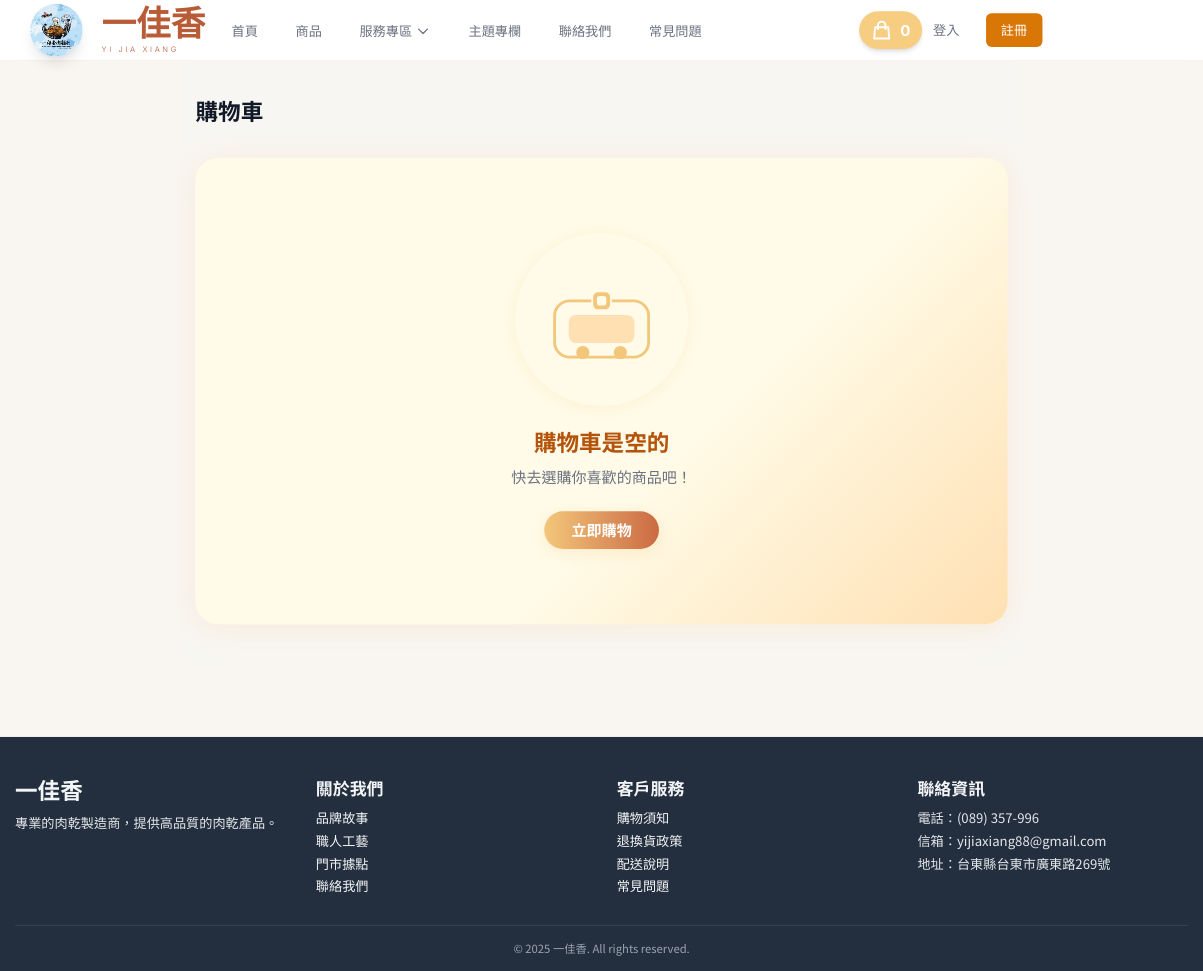
Repository: jack74387/YI-JIA-XIANG
Page: /cart (app in frontend/)
An editor plug-in stored every save of this project. The page is shown before and after the next save, followed by the edit.
The browser window is 1280 px wide. The pictures show the whole page, at 94% of full size.
The page's requests for data from a server got no answer. The project was rebuilt for these pictures with package versions that can differ from the ones it lists, and the page was loaded fresh each time. No one was signed in, and anything a server would have sent is missing. Also part of the build but not shown: frontend/vite.config.ts, frontend/src/components/ArticleBlock.vue, frontend/src/views/HomeView.vue, frontend/src/components/ProductImageGallery.vue, frontend/src/components/ProductInfo.vue, frontend/src/components/ProductTabs.vue, frontend/src/components/ProductAddToCartModal.vue, frontend/src/views/ProductDetailView.vue and 1 more.

Above is the page before, as saved 2025-08-14 08:14:10.

### frontend/index.html
<!DOCTYPE html>
<html lang="zh-TW">
  <head>
    <meta charset="UTF-8">
    <link rel="icon" href="/favicon.ico">
    <meta name="viewport" content="width=device-width, initial-scale=1.0">
    <title>一佳香肉脯行</title>
    <meta name="description" content="一佳香肉脯行是台東知名的肉品加工廠，提供高品質的肉品加工產品，傳承半甲子工藝技術。">
    <meta name="keywords" content="肉品,加工,一佳香,台灣肉品,肉品加工">

    <!-- Open Graph / Facebook -->
    <meta property="og:type" content="website">
    <meta property="og:url" content="https://yijiaxiang.com/">
    <meta property="og:title" content="一佳香肉脯行 - 專業肉品加工廠">
    <meta property="og:description" content="傳承半甲子工藝，提供高品質肉品加工產品">
    <meta property="og:image" content="/images/logo.jpg">

    <!-- Twitter -->
    <meta property="twitter:card" content="summary_large_image">
    <meta property="twitter:url" content="https://yijiaxiang.com/">
    <meta property="twitter:title" content="一佳香肉脯行 - 專業肉品加工廠">
    <meta property="twitter:description" content="傳承半甲子工藝，提供高品質肉品加工產品">
    <meta property="twitter:image" content="/images/logo.jpg">

    <!-- 預載入字體 -->
    <link rel="preconnect" href="https://fonts.googleapis.com">
    <link rel="preconnect" href="https://fonts.gstatic.com" crossorigin>
    <link href="https://fonts.googleapis.com/css2?family=Inter:wght@300;400;500;600;700&family=Noto+Sans+TC:wght@300;400;500;700&display=swap" rel="stylesheet">
  </head>
  <body>
    <div id="app"></div>
    <script type="module" src="/src/main.ts"></script>
  </body>
</html>

### frontend/src/main.ts
import { createApp } from 'vue'
import { createPinia } from 'pinia'
import App from './App.vue'
import router from './router'
import { useAuthStore } from './stores/auth'
import axios from 'axios'
import './style.css'

// 設定 axios 預設配置
axios.defaults.baseURL = import.meta.env.VITE_API_BASE_URL || `${window.location.protocol}//${window.location.hostname}:8000`
axios.defaults.headers.common['Content-Type'] = 'application/json'
axios.defaults.headers.common['Accept'] = 'application/json'
axios.defaults.withCredentials = false // 不使用 cookies

// 添加請求攔截器
axios.interceptors.request.use(
  (config) => {
    // 從 localStorage 獲取 token
    const token = localStorage.getItem('auth_token')
    if (token) {
      config.headers.Authorization = `Bearer ${token}`
    }
    return config
  },
  (error) => {
    return Promise.reject(error)
  }
)

// 添加回應攔截器
axios.interceptors.response.use(
  (response) => {
    return response
  },
  (error) => {
    if (error.response?.status === 401) {
      // Token 無效，清除本地儲存並跳轉到登入頁面
      localStorage.removeItem('auth_token')
      localStorage.removeItem('auth_user')
      window.location.href = '/login'
    }
    return Promise.reject(error)
  }
)

const app = createApp(App)
const pinia = createPinia()

app.use(pinia)
app.use(router)

// 初始化認證狀態
const authStore = useAuthStore()
authStore.initAuth()

app.mount('#app')

### frontend/src/App.vue
<template>
  <div>
    <Navigation v-if="!isAdmin" />
    <Sidebar v-if="!isAdmin" class="lg:hidden" />
    <div class="main-content min-h-screen bg-[#f9f6f1] transition-all duration-300 pb-20">
      <router-view />
    </div>
    <Footer v-if="!isAdmin" />
  </div>
</template>

<script setup lang="ts">
import { onMounted, computed, watch } from 'vue'
import { useRoute } from 'vue-router'
import Navigation from '@/components/Navigation.vue'
import Sidebar from '@/components/Sidebar.vue'
import Footer from '@/components/Footer.vue'
import { useAuthStore } from '@/stores/auth'

const authStore = useAuthStore()
const route = useRoute()
const isAdmin = computed(() => route.path.startsWith('/admin'))

onMounted(() => {
  // 初始化認證狀態
  authStore.initAuth()
})

watch(
  () => route.fullPath,
  () => {
    window.scrollTo(0, 0)
    document.body.scrollTop = 0
    document.documentElement.scrollTop = 0
    const app = document.getElementById('app')
    if (app) app.scrollTop = 0
    const mainLayout = document.querySelector('.main-layout')
    if (mainLayout) (mainLayout as HTMLElement).scrollTop = 0
  }
)
</script>

<style scoped>
/* 保留原有的樣式，但移除導航相關樣式 */
</style>

### frontend/src/style.css
@import url('https://fonts.googleapis.com/css2?family=Inter:wght@300;400;500;600;700&family=Noto+Sans+TC:wght@300;400;500;700&display=swap');

@tailwind base;
@tailwind components;
@tailwind utilities;

@layer base {
  html {
    font-family: 'Inter', 'Noto Sans TC', sans-serif;
  }

  body {
    @apply bg-gray-50 text-gray-900;
  }
}

@layer components {
  .btn-primary {
    @apply bg-primary-600 hover:bg-primary-700 text-white font-medium py-2 px-4 rounded-lg transition-colors duration-200;
  }

  .btn-secondary {
    @apply bg-gray-200 hover:bg-gray-300 text-gray-800 font-medium py-2 px-4 rounded-lg transition-colors duration-200;
  }

  .card {
    @apply bg-white rounded-lg shadow-md p-6;
  }

  .input-field {
    @apply w-full px-3 py-2 border border-gray-300 rounded-lg focus:outline-none focus:ring-2 focus:ring-primary-500 focus:border-transparent;
  }
}

img {
  max-width: 100%;
  height: auto;
  display: block;
}

@media (max-width: 600px) {
  .btn-primary, .btn-secondary, .card, .input-field {
    font-size: 1rem;
    padding-left: 1em;
    padding-right: 1em;
  }
  .card {
    padding: 1em;
  }
}

### frontend/src/components/Navigation.vue
<template>
  <nav class="bg-white shadow-lg">
    <div class="max-w-7xl mx-auto px-4 sm:px-6 lg:px-8">
      <div class="flex justify-between h-16">
        <div class="flex items-center">
          <router-link to="/" class="flex items-center space-x-5">
            <img src="/images/logo.jpg" alt="品牌LOGO" class="h-14 w-14 rounded-full object-cover shadow-lg" />
            <div class="flex flex-col items-start justify-center leading-tight">
              <span
                class="text-[2.3rem] font-black"
                style="font-family: 'Noto Serif TC', 'Microsoft JhengHei', '微軟正黑體', serif; color: #b85c38; line-height: 1;"
              >一佳香</span>
              <span
                class="text-[0.5rem] font-light uppercase tracking-[0.35em] mt-1"
                style="color: #b85c38; letter-spacing: 0.35em; line-height: 1;"
              >YI JIA XIANG</span>
            </div>
          </router-link>
          <div class="hidden sm:ml-6 sm:flex sm:space-x-8">
            <router-link
              to="/"
              class="border-transparent text-gray-500 hover:border-gray-300 hover:text-gray-700 inline-flex items-center px-1 pt-1 border-b-2 text-sm font-medium"
              active-class="border-amber-500 text-gray-900"
            >
              首頁
            </router-link>
            <router-link
              to="/products"
              class="border-transparent text-gray-500 hover:border-gray-300 hover:text-gray-700 inline-flex items-center px-1 pt-1 border-b-2 text-sm font-medium"
              active-class="border-amber-500 text-gray-900"
            >
              商品
            </router-link>
            <!-- 服務專區下拉選單 -->
            <div class="relative" @mouseenter="isServiceMenuOpen = true" @mouseleave="isServiceMenuOpen = false">
              <button
                class="border-transparent text-gray-500 hover:border-gray-300 hover:text-gray-700 inline-flex items-center px-1 pt-1 border-b-2 text-sm font-medium focus:outline-none"
                type="button"
              >
                服務專區
                <svg class="ml-1 w-4 h-4" fill="none" stroke="currentColor" viewBox="0 0 24 24">
                  <path stroke-linecap="round" stroke-linejoin="round" stroke-width="2" d="M19 9l-7 7-7-7" />
                </svg>
              </button>
              <div
                v-show="isServiceMenuOpen"
                class="absolute left-0 top-full mt-0 rounded-xl shadow-lg bg-white ring-1 ring-black ring-opacity-5 z-50 block px-4 py-3 min-w-[220px]"
              >
                  <router-link to="/line-friend" class="service-link block w-full text-left">LINE好友專區</router-link>
                  <router-link to="/group-order" class="service-link block w-full text-left">團購/企業訂購</router-link>
                  <router-link to="/gift" class="service-link block w-full text-left">禮盒加值服務</router-link>
                  <router-link to="/food-trace" class="service-link block w-full text-left">食品履歷查詢</router-link>
                  <router-link to="/store-locator" class="service-link block w-full text-left">門市據點</router-link>
                  <div class="h-px bg-gray-200 my-2"></div>
              </div>
            </div>
            <!-- 主題專欄 -->
            <router-link
              to="/articles"
              class="border-transparent text-gray-500 hover:border-gray-300 hover:text-gray-700 inline-flex items-center px-1 pt-1 border-b-2 text-sm font-medium"
              active-class="border-amber-500 text-gray-900"
            >
              主題專欄
            </router-link>
            <!-- 其他主選單 -->
            <router-link
              to="/contact"
              class="border-transparent text-gray-500 hover:border-gray-300 hover:text-gray-700 inline-flex items-center px-1 pt-1 border-b-2 text-sm font-medium"
              active-class="border-amber-500 text-gray-900"
            >
              聯絡我們
            </router-link>
            <router-link
              to="/faq"
              class="border-transparent text-gray-500 hover:border-gray-300 hover:text-gray-700 inline-flex items-center px-1 pt-1 border-b-2 text-sm font-medium"
              active-class="border-amber-500 text-gray-900"
            >
              常見問題
            </router-link>
          </div>
        </div>

        <div class="hidden sm:ml-6 sm:flex sm:items-center">
          <!-- 購物車 -->
          <router-link
            to="/cart"
            class="flex items-center px-3 py-1 bg-[#f7cd81] rounded-full shadow-md hover:bg-[#f5c46a] transition-colors duration-200 group"
            style="min-width:64px; min-height:40px;"
          >
            <svg class="h-6 w-6 text-white mr-2" fill="none" viewBox="0 0 24 24" stroke="currentColor">
              <path stroke-linecap="round" stroke-linejoin="round" stroke-width="2" d="M16 11V7a4 4 0 00-8 0v4M5 9h14l1 12H4L5 9z" />
            </svg>
            <span class="text-white text-base font-bold select-none">{{ cartStore.itemCount }}</span>
          </router-link>

          <!-- 用戶選單 -->
          <div v-if="authStore.isAuthenticated" class="ml-3 relative user-menu">
            <div>
              <button
                @click="toggleUserMenu"
                class="max-w-xs bg-white flex items-center text-sm rounded-full focus:outline-none focus:ring-2 focus:ring-offset-2 focus:ring-amber-500"
              >
                <div class="h-8 w-8 rounded-full bg-amber-600 flex items-center justify-center text-white font-medium">
                  {{ authStore.userInitials }}
                </div>
                <span class="ml-2 text-gray-700">{{ authStore.user?.name }}</span>
                <svg class="ml-1 h-4 w-4 text-gray-400" fill="none" viewBox="0 0 24 24" stroke="currentColor">
                  <path stroke-linecap="round" stroke-linejoin="round" stroke-width="2" d="M19 9l-7 7-7-7" />
                </svg>
              </button>
            </div>

            <!-- 下拉選單 -->
            <div
              v-show="isUserMenuOpen"
              class="origin-top-right absolute right-0 mt-2 w-48 rounded-md shadow-lg py-1 bg-white ring-1 ring-black ring-opacity-5 focus:outline-none z-50"
              @click.stop
            >
              <router-link
                to="/profile"
                class="block px-4 py-2 text-sm text-gray-700 hover:bg-gray-100"
                @click="closeUserMenu"
              >
                個人資料
              </router-link>
              <router-link
                to="/orders"
                class="block px-4 py-2 text-sm text-gray-700 hover:bg-gray-100"
                @click="closeUserMenu"
              >
                我的訂單
              </router-link>
              <router-link
                to="/points"
                class="block px-4 py-2 text-sm text-gray-700 hover:bg-gray-100"
                @click="closeUserMenu"
              >
                我的點數
              </router-link>
              <router-link
                to="/coupon"
                class="block px-4 py-2 text-sm text-gray-700 hover:bg-gray-100"
                @click="closeUserMenu"
              >
                我的優惠券
              </router-link>
              <router-link
                to="/member-center"
                class="block px-4 py-2 text-sm text-gray-700 hover:bg-gray-100"
                @click="closeUserMenu"
              >
                會員中心
              </router-link>
              <div class="border-t border-gray-100"></div>
              <button
                @click="handleLogout"
                class="flex items-center w-full text-left px-4 py-2 text-sm text-red-600 hover:bg-red-50 hover:text-red-700 transition-colors duration-200"
              >
                <svg class="w-4 h-4 mr-2" fill="none" stroke="currentColor" viewBox="0 0 24 24">
                  <path stroke-linecap="round" stroke-linejoin="round" stroke-width="2" d="M17 16l4-4m0 0l-4-4m4 4H7m6 4v1a3 3 0 01-3 3H6a3 3 0 01-3-3V7a3 3 0 013-3h4a3 3 0 013 3v1" />
                </svg>
                登出
              </button>
            </div>
          </div>

          <!-- 登入/註冊按鈕 -->
          <div v-else class="flex space-x-4">
            <router-link
              to="/login"
              class="text-gray-500 hover:text-gray-700 px-3 py-2 rounded-md text-sm font-medium"
            >
              登入
            </router-link>
            <router-link
              to="/register"
              class="bg-amber-600 hover:bg-amber-700 text-white px-4 py-2 rounded-md text-sm font-medium"
            >
              註冊
            </router-link>
          </div>
        </div>

        <!-- 手機版選單按鈕，改為觸發 Sidebar.vue -->
        <Sidebar />
      </div>
    </div>

    <!-- 登出確認對話框 -->
    <LogoutConfirmDialog
      :show="showLogoutDialog"
      @close="showLogoutDialog = false"
    />
  </nav>
</template>

<script setup lang="ts">
import { ref, onMounted, onUnmounted } from 'vue'
import { useRouter } from 'vue-router'
import { useAuthStore } from '@/stores/auth'
import { useCartStore } from '@/stores/cart'
import LogoutConfirmDialog from './LogoutConfirmDialog.vue'
// 1. 匯入 Sidebar.vue
import Sidebar from './Sidebar.vue'

const router = useRouter()
const authStore = useAuthStore()
const cartStore = useCartStore()

const isUserMenuOpen = ref(false)
const isServiceMenuOpen = ref(false)
const showLogoutDialog = ref(false)

const toggleUserMenu = () => {
  isUserMenuOpen.value = !isUserMenuOpen.value
}

const closeUserMenu = () => {
  isUserMenuOpen.value = false
}

const handleLogout = () => {
  // 顯示登出確認對話框
  showLogoutDialog.value = true
  isUserMenuOpen.value = false
}

// 處理點擊外部關閉用戶選單
const handleClickOutside = (event: Event) => {
  const userMenu = document.querySelector('.user-menu')
  if (userMenu && !userMenu.contains(event.target as Node)) {
    isUserMenuOpen.value = false
  }
}

// 在組件掛載時添加事件監聽器
onMounted(() => {
  document.addEventListener('click', handleClickOutside)
})

// 在組件卸載時移除事件監聽器
onUnmounted(() => {
  document.removeEventListener('click', handleClickOutside)
})
</script>

<style scoped>
/* 讓 logo 與品牌文字更貼近，品牌文字更像圖片 */
.service-link {
  color: #7c5a1a;
  font-size: 1rem;
  font-weight: 600;
  border-radius: 0.8em;
  padding: 0.7em 1.1em;
  text-decoration: none;
  transition: color 0.18s, text-decoration 0.18s;
  margin: 0.1em 0;
  display: block;
  letter-spacing: 0.01em;
}
.service-link:hover, .service-link.router-link-active {
  color: #b8860b;
  text-decoration: underline;
  background: none;
  box-shadow: none;
}
.divider {
  height: 1px;
  background: #f3e9d2;
  margin: 0.1em 0;
}
</style>

### frontend/src/stores/adminAuth.ts
import { defineStore } from 'pinia'
import axios from 'axios'

export const useAdminAuthStore = defineStore('adminAuth', {
  state: () => ({
    isAuthenticated: false,
    token: '',
    user: null as null | { id: number; name: string; email: string },
  }),
  actions: {
    async initAuth() {
      // 嘗試從 localStorage 讀取 admin token
      const token = localStorage.getItem('admin_token')
      if (token) {
        try {
          // 驗證 token 是否有效
          const response = await axios.get('/api/v1/auth/user', {
            headers: {
              'Authorization': `Bearer ${token}`
            }
          })

          if (response.data.success) {
            this.token = token
            this.isAuthenticated = true
            this.user = response.data.user

            // 設置 axios 默認 header
            axios.defaults.headers.common['Authorization'] = `Bearer ${token}`
          } else {
            // Token 無效，清除
            this.logout()
          }
        } catch (error) {
          console.error('Token validation failed:', error)
          // Token 無效，清除
          this.logout()
        }
      } else {
        this.isAuthenticated = false
        this.token = ''
        this.user = null
      }
    },
    setAuth(token: string, user: any) {
      this.token = token
      this.isAuthenticated = true
      this.user = user
      localStorage.setItem('admin_token', token)

      // 設置 axios 默認 header
      axios.defaults.headers.common['Authorization'] = `Bearer ${token}`
    },
    logout() {
      this.token = ''
      this.isAuthenticated = false
      this.user = null
      localStorage.removeItem('admin_token')

      // 清除 axios 默認 header
      delete axios.defaults.headers.common['Authorization']
    }
  }
})

### frontend/src/components/SidebarLink.vue
<template>
  <router-link :to="to" class="sidebar-link" active-class="active" @click.native="$emit('close')">
    <span class="icon">
      <component :is="iconComponent" class="w-6 h-6" />
    </span>
    <span class="label">{{ label }}</span>
  </router-link>
</template>

<script setup lang="ts">
import { computed } from 'vue'
import { HomeIcon, ShoppingBagIcon, SparklesIcon, ChatBubbleLeftEllipsisIcon, PhoneIcon, MapIcon, GiftIcon, UsersIcon, ChatBubbleLeftRightIcon } from '@heroicons/vue/24/outline'

const props = defineProps<{ icon: string, to: string, label: string }>()

const iconMap: Record<string, any> = {
  home: HomeIcon,
  'shopping-bag': ShoppingBagIcon,
  sparkles: SparklesIcon,
  'chat-bubble-left-ellipsis': ChatBubbleLeftEllipsisIcon,
  phone: PhoneIcon,
  map: MapIcon,
  gift: GiftIcon,
  users: UsersIcon,
  'chat-bubble-left-right': ChatBubbleLeftRightIcon,
}
const iconComponent = computed(() => iconMap[props.icon] || HomeIcon)
</script>

<style scoped>
.sidebar-link {
  display: flex;
  align-items: center;
  gap: 1rem;
  padding: 0.75rem 1.2rem;
  border-radius: 1em;
  color: #a67c00;
  font-weight: 600;
  font-size: 1.08rem;
  transition: background 0.18s, color 0.18s, box-shadow 0.18s;
  text-decoration: none;
}
.sidebar-link:hover, .sidebar-link.active {
  background: #fffbe9;
  color: #b8860b;
  box-shadow: 0 2px 8px #ffe9b2aa;
}
.icon {
  display: flex;
  align-items: center;
  justify-content: center;
}
.label {
  flex: 1;
}
</style>

### frontend/src/utils/imageUtils.ts
/**
 * 統一的圖片 URL 處理函數
 * 處理前端和後端之間的圖片路徑轉換
 */
export function getImageUrl(imagePath: string | undefined | null): string {
  console.log('=== imageUtils Debug ===')
  console.log('Input imagePath:', imagePath)
  console.log('imagePath type:', typeof imagePath)

  if (!imagePath) {
    console.log('imagePath is empty, returning empty string')
    return ''
  }

  // 獲取 API 基礎 URL，優先使用環境變數
  const apiBaseUrl = import.meta.env.VITE_API_BASE_URL || 'http://localhost:8000'
  console.log('apiBaseUrl:', apiBaseUrl)
  console.log('VITE_API_BASE_URL:', import.meta.env.VITE_API_BASE_URL)

  // 如果已經是完整的 HTTP URL，直接返回
  if (imagePath.startsWith('http')) {
    console.log('imagePath starts with http, returning as is:', imagePath)
    return imagePath
  }

  // 處理錯誤格式：/https://... (後端返回的 Cloudinary URL 前面多了一個 /)
  if (imagePath.startsWith('/http')) {
    const correctedPath = imagePath.substring(1) // 移除開頭的 /
    console.log('imagePath starts with /http, corrected to:', correctedPath)
    return correctedPath
  }

  // 處理 /storage 路徑
  if (imagePath.startsWith('/storage')) {
    const result = `${apiBaseUrl}${imagePath}`
    console.log('imagePath starts with /storage, result:', result)
    return result
  }

  // 如果是相對路徑，加上後端基礎 URL
  if (imagePath.startsWith('/')) {
    const result = `${apiBaseUrl}${imagePath}`
    console.log('imagePath starts with /, result:', result)
    return result
  }

  // 其他情況，直接返回原路徑
  console.log('returning original imagePath:', imagePath)
  return imagePath
}

/**
 * 檢查圖片是否載入成功
 */
export function checkImageLoad(url: string): Promise<boolean> {
  return new Promise((resolve) => {
    const img = new Image()
    img.onload = () => resolve(true)
    img.onerror = () => resolve(false)
    img.src = url
  })
}

/**
 * 獲取圖片尺寸
 */
export function getImageDimensions(url: string): Promise<{ width: number; height: number }> {
  return new Promise((resolve, reject) => {
    const img = new Image()
    img.onload = () => {
      resolve({ width: img.naturalWidth, height: img.naturalHeight })
    }
    img.onerror = () => {
      reject(new Error('圖片載入失敗'))
    }
    img.src = url
  })
}

Loaded but not shown: frontend/tailwind.config.js (41 lines, source omitted); frontend/src/stores/auth.ts (432 lines, source omitted); frontend/src/components/Sidebar.vue (171 lines, source omitted); frontend/src/views/CartView.vue (268 lines, source omitted); frontend/src/router/index.ts (286 lines, source omitted); frontend/src/stores/cart.ts (123 lines, source omitted); frontend/src/components/LogoutConfirmDialog.vue (90 lines, source omitted); frontend/src/components/Footer.vue (61 lines, source omitted)

After the next save:
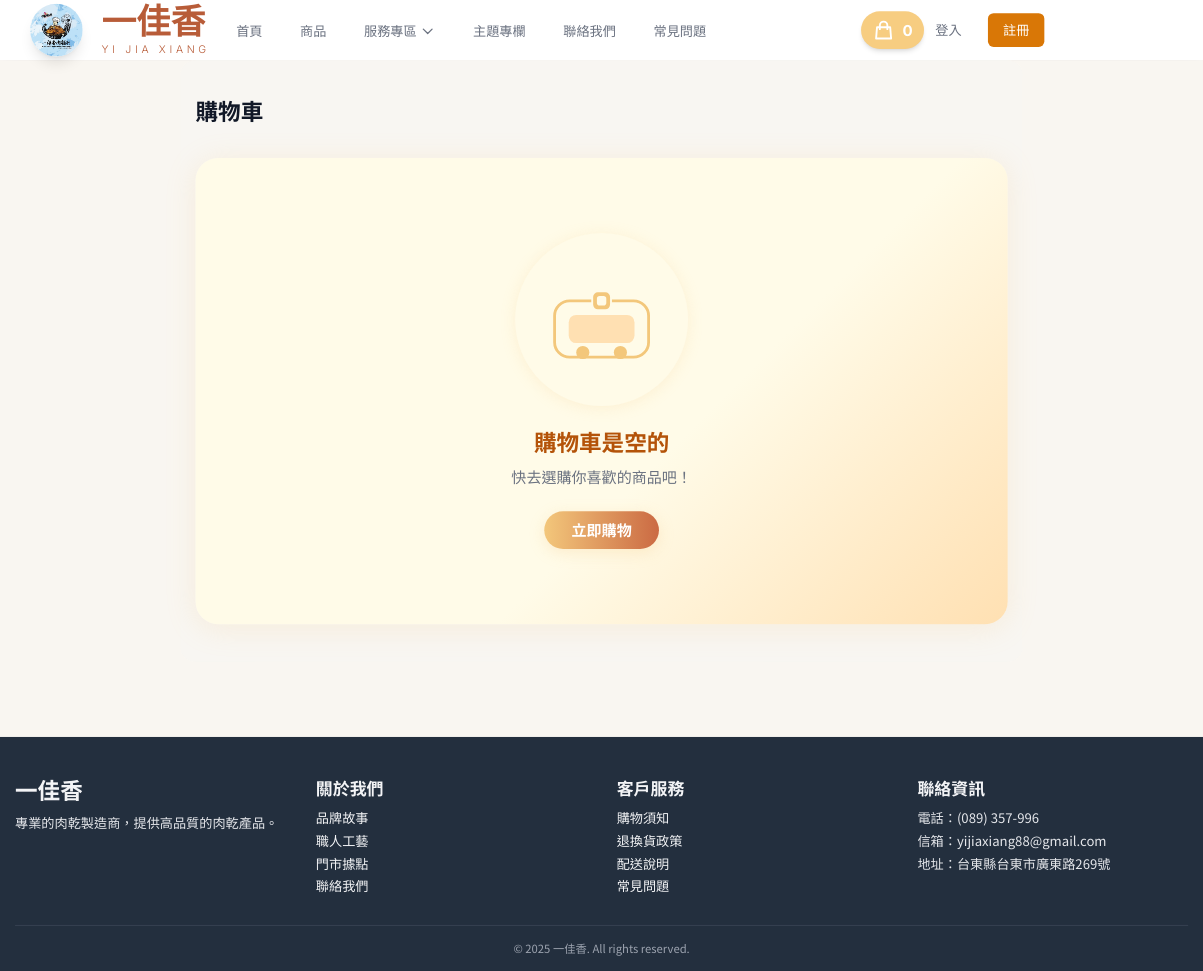
Saved 8 s later.
--- a/frontend/src/components/Navigation.vue
+++ b/frontend/src/components/Navigation.vue
@@ -11,7 +11,7 @@
                 style="font-family: 'Noto Serif TC', 'Microsoft JhengHei', '微軟正黑體', serif; color: #b85c38; line-height: 1;"
               >一佳香</span>
               <span
-                class="text-[0.5rem] font-light uppercase tracking-[0.35em] mt-1"
+                class="text-[0.7rem] font-light uppercase tracking-[0.35em] mt-1"
                 style="color: #b85c38; letter-spacing: 0.35em; line-height: 1;"
               >YI JIA XIANG</span>
             </div>
